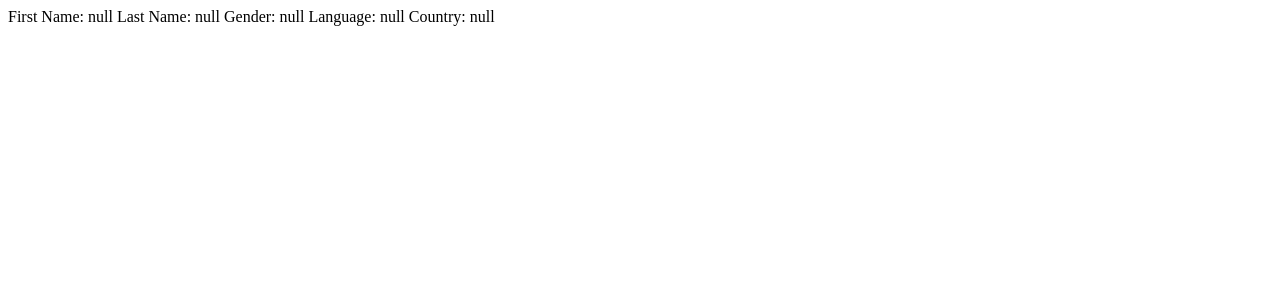
Repository: aman-1998/Full_Stack_Java_Development
Page: http://localhost/Form_N14/display.jsp
An editor plug-in stored every save of this project. The page is shown before and after the next save, followed by the edit.
The browser window is 1280 px wide. The pictures show the whole page.
The page is served by Tomcat 9.

Above is the page before, as saved 2021-10-22 20:34:10.

After the next save:
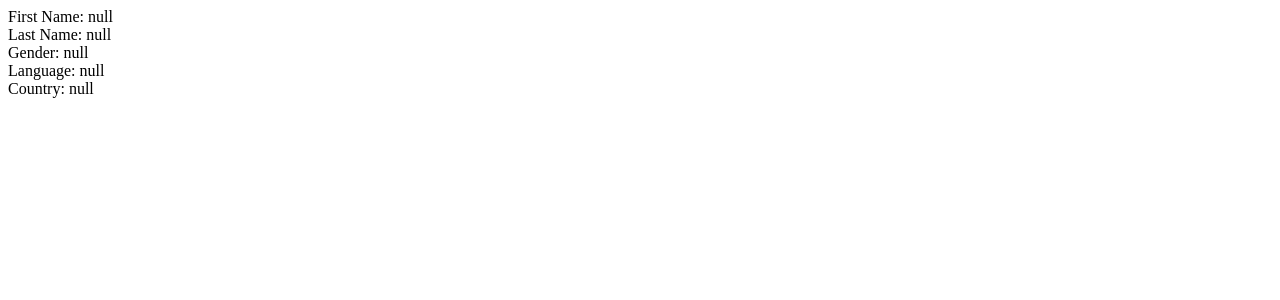
Saved 2 min 48 s later.
--- a/Form_N14/WebContent/display.jsp
+++ b/Form_N14/WebContent/display.jsp
@@ -7,10 +7,10 @@
 <title>Insert title here</title>
 </head>
 <body>
-	First Name: <%= request.getParameter("fname") %>
-	Last Name: <%= request.getParameter("lname") %>
-	Gender: <%= request.getParameter("gender") %>
-	Language: <%= request.getParameter("language") %>
+	First Name: <%= request.getParameter("fname") %><br>
+	Last Name: <%= request.getParameter("lname") %><br>
+	Gender: <%= request.getParameter("gender") %><br>
+	Language: <%= request.getParameter("language") %><br>
 	Country: <%= request.getParameter("country") %>
 </body>
 </html>
